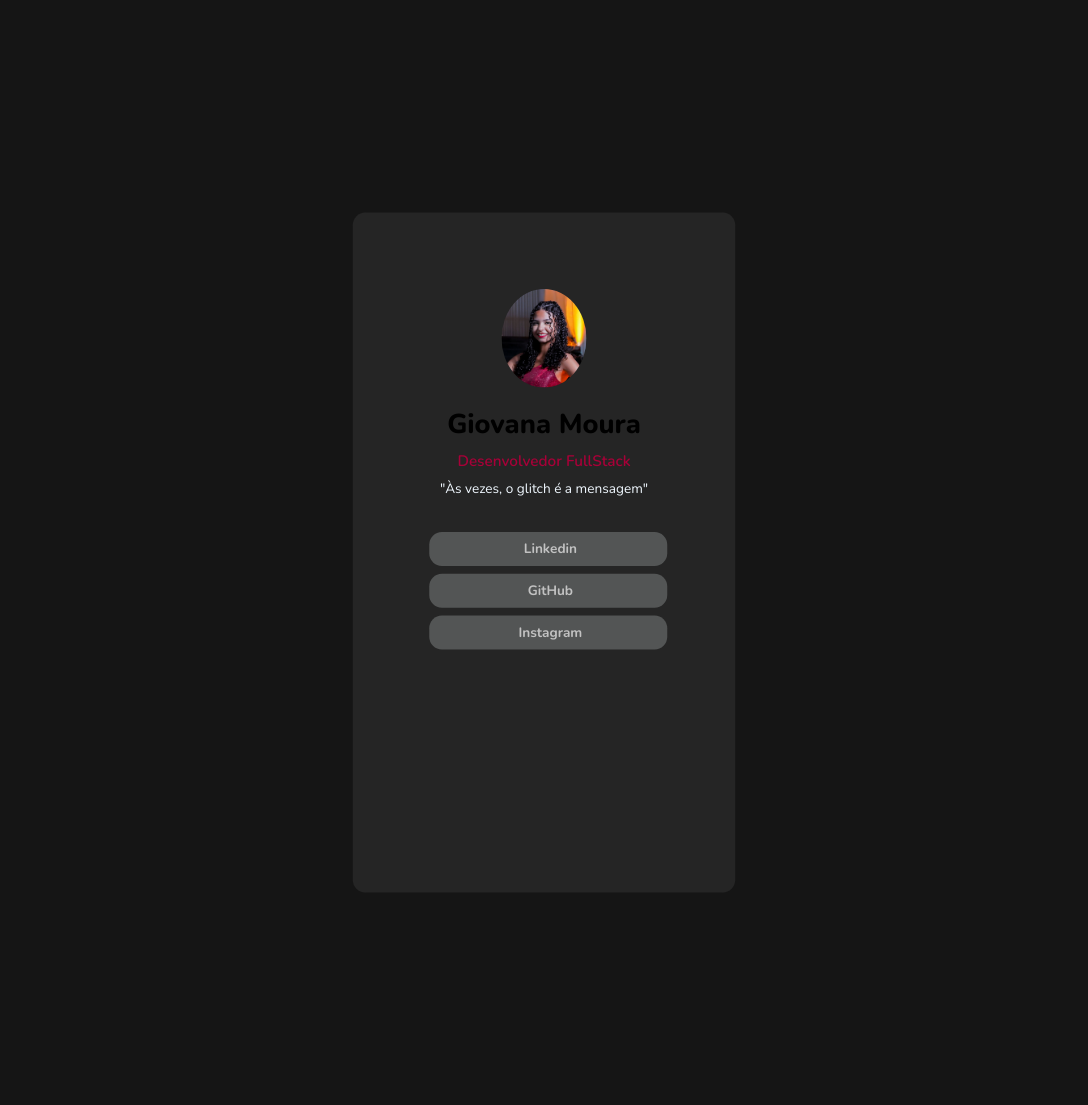
Repository: gimoli/linktree-giovana
Page: index.html
These files come from the project's save history. The page is drawn as it stood at one moment and after the next save; the edit follows.
The browser window is 1280 px wide. The pictures show the whole page, at 85% of full size.
Some icons come from a web library that is not loaded, so they are not drawn.

Above is the page before, as saved 2025-04-11 11:16:03.

After the next save:
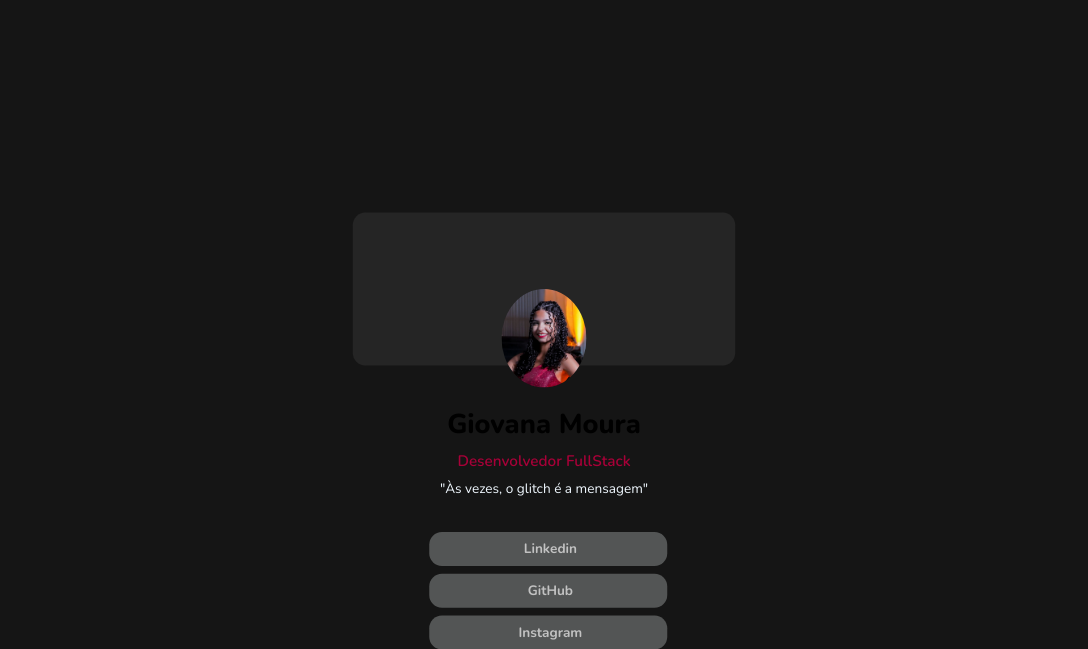
Saved 7 s later.
--- a/style.css
+++ b/style.css
@@ -12,7 +12,7 @@ body {
 .container-main {
     background-color: rgb(37, 37, 37);
     width: 450px;
-    height: 800px;
+    height: 0px;
     box-sizing: border-box;
     margin: 250px auto;
     padding: 90px;
